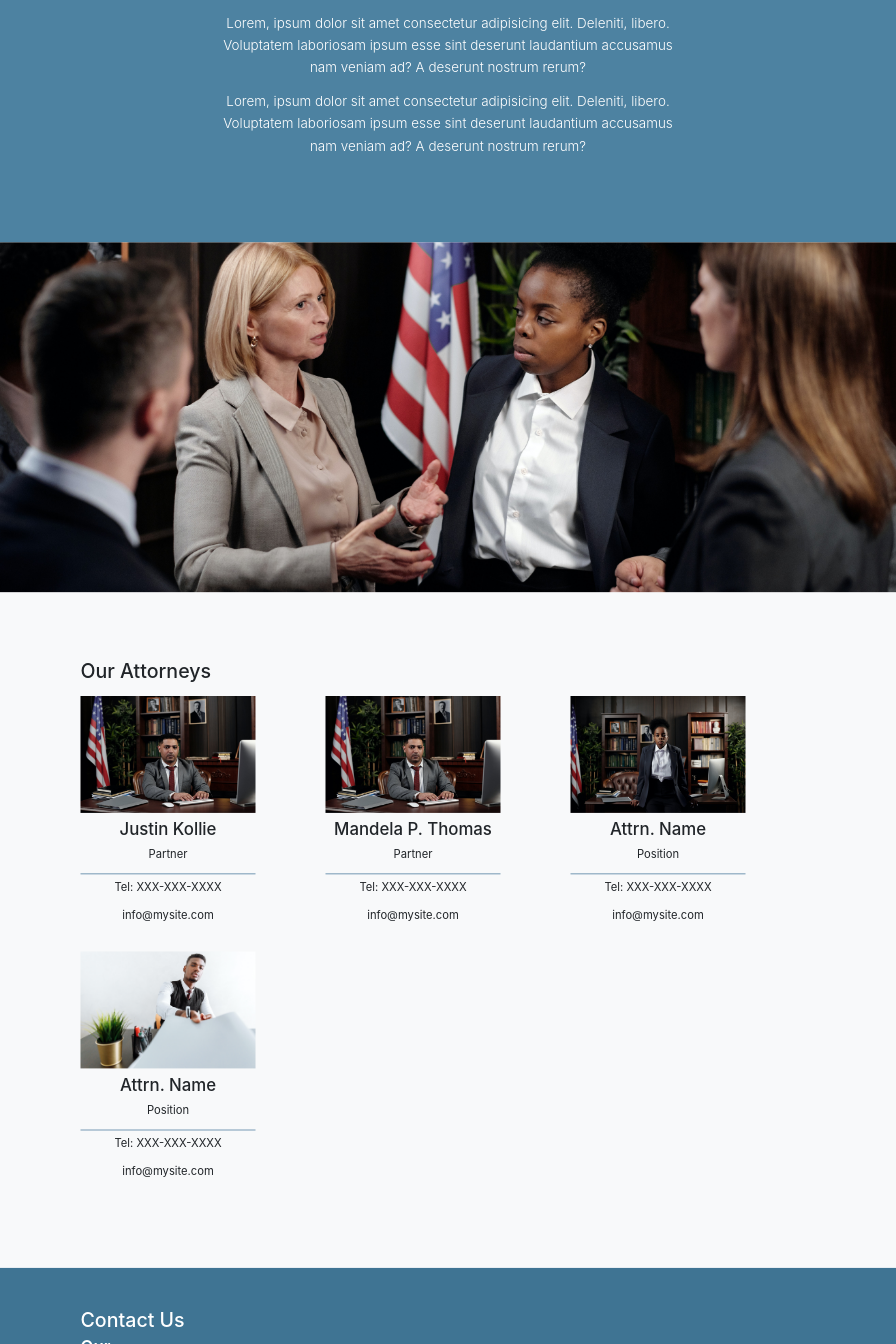
Repository: just-mann/kolllie-kolliellp
Page: index.html
An editor plug-in stored every save of this project. The page is shown before and after a run of saves, followed by the edit.
The browser window is 1280 px wide. The pictures show the part of the page from y = 1726 to 3646 px (the page is 4862 px tall), at 70% of full size.
Pictures or frames that could not be fetched are drawn as grey boxes. Backgrounds fixed to the window are drawn as part of the page.

Above is the page before, as saved 2021-06-02 05:32:23.

After the next 5 saves:
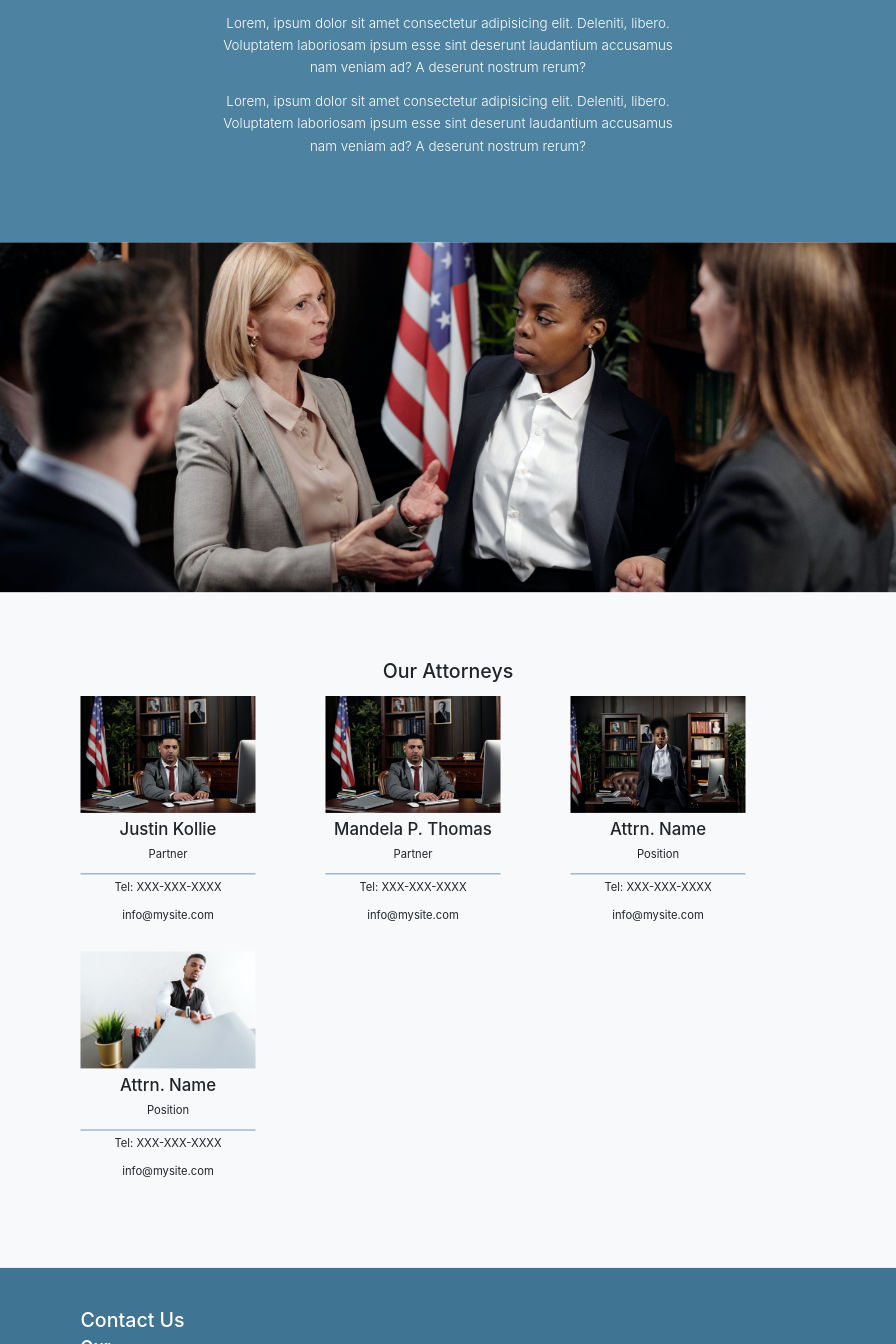
The 5 saves are shown as one change because they came seconds apart.
The last was saved 44 s later.
--- a/index.html
+++ b/index.html
@@ -83,7 +83,7 @@
     </div>
     <section class="ourAttorneys py-5 bg-light" id="ourAttorneys">
         <div class="myContainer py-5">
-            <h3>Our Attorneys</h3>
+            <h3 class="text-center">Our Attorneys</h3>
             <div class="attorneysDiv mx-auto">
                 <div class="attCard">
                     <img src="./assets/images/attrny1.jpg" alt="att1">
